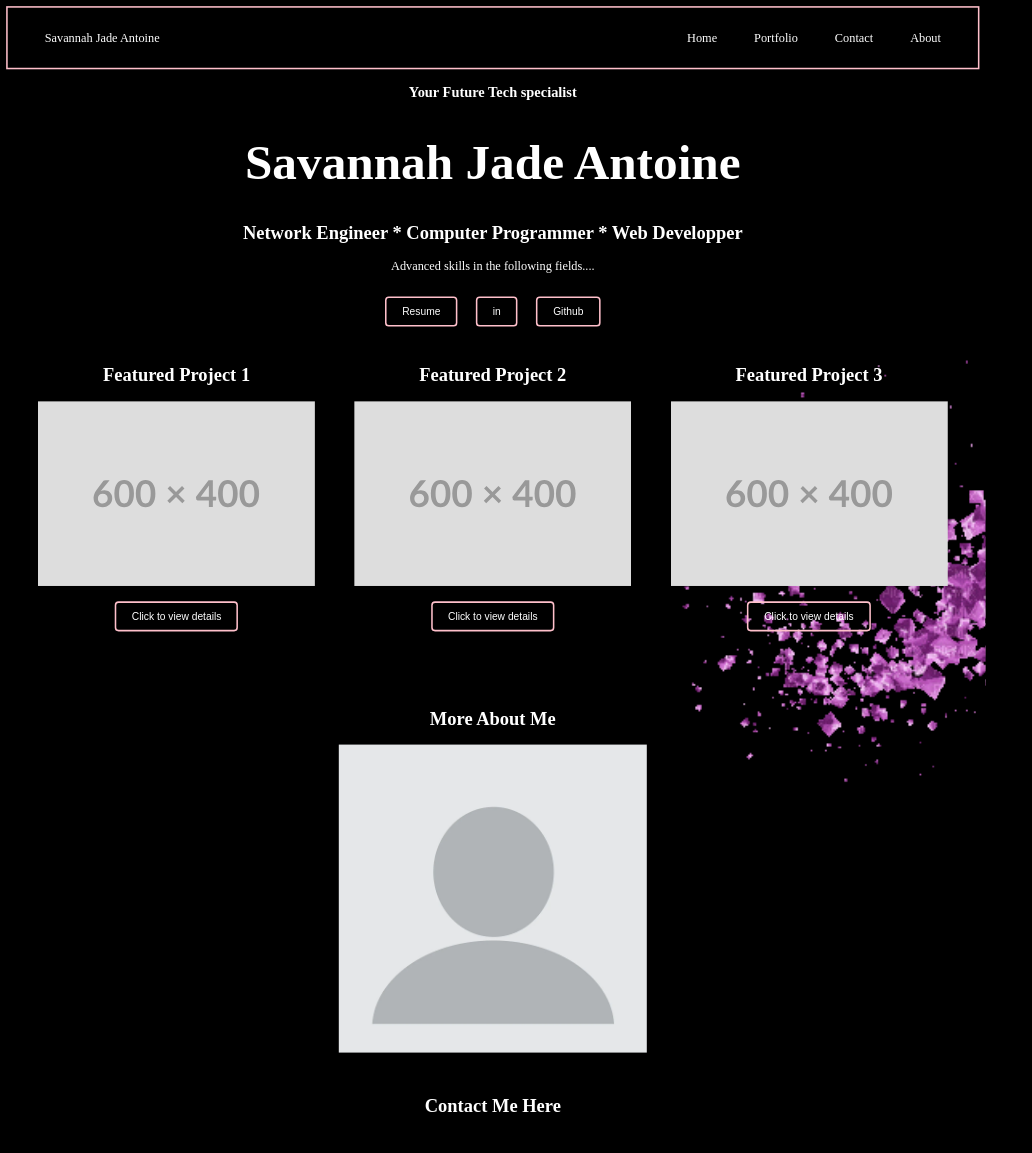
Repository: Savannah-Antoine/Savannah-Antoine
Page: index.html
The author's editor kept a copy of each file at every save. The page is drawn from the files as they stood at one save, then again after the next save.
The browser window is 1280 px wide. The page is 1280 px wide, then 1340 px, so the pictures cover 1340 px, including what lies to the right of the window. The pictures show the whole page, at 77% of full size.

Above is the page before, as saved 2026-05-15 12:58:22.

### index.html
<!DOCTYPE html>
<html lang="en">
<head>
    <meta charset="UTF-8">
    <meta name="viewport" content="width=device-width, initial-scale=1.0">
    <link rel = "stylesheet" href = "./styles/index.css" />
    <link rel = "stylesheet" href = "./styles/globals.css" />
    <title>Document</title>
</head>
<body>
<header>
    <nav>
        <ul class = "homeButton">
           <li><a href = "index.html">Savannah Jade Antoine</a></li>
        </ul>
        <ul class = "navigation">
  <li><a href="index.html">Home</a></li>
  <li><a href="#PortfolioSection">Portfolio</a></li>
  <li><a href="#ContactMe">Contact</a></li>
  <li><a href="#AboutMe">About</a></li>
</ul>

</nav>
<h3>Your Future Tech specialist</h3>
<h1> Savannah Jade Antoine</h1>
<h2>Network Engineer * Computer Programmer * Web Developper</h2>
<p> Advanced skills in the following fields....</p>
<div class = "infoButtons">
<a href = "Savannah Jade Resume (1).pdf"><button>Resume</button></a>
<a href = "www.linkedin.com/in/savannah-antoine-ab0756390"><button>in</button></a>
<button>Github</button>
</div>

</header>
<main class = "container">
<section id = "PortfolioSection" class = "project-card">

<h2>Featured Project 1</h2>
<img src = "./assets/images/placeholder1.svg" alt = "First Portfolio placeholder image" />
<p><a href = "./pages/project-name-1.html"><button>Click to view details</button></a>
</section>


<section class = "project-card">
<h2>Featured Project 2</h2>
<img src = "./assets/images/placeholder1.svg" alt = "Second Portfolio placeholder image" />
<p><a href = "./pages/project-name-2.html"><button>Click to view details</button></a>
</section>
<section class = "project-card">
<h2>Featured Project 3</h2>
<img src = "./assets/images/placeholder1.svg" alt = "Third Portfolio placeholder image" />
<p><a href = "./pages/project-name-3.html"><button>Click to view details</button></a>
</section>

<section id = "AboutMe" class = "aboutMe">
<h2>More About Me</h2>
<img src = "./assets/images/profilepic.png" alt = "profile picture" />
</section>

<section id = "ContactMe">
<h2>Contact Me Here</h2>

</section>



</main>

</body>
</html>

### styles/index.css
.container{
  display: flex;
    flex-direction: column;
    align-items: center;
    gap: 2rem;
    padding: 20px;

}




body h1{
    font-size: 2.5rem;

}

img{
   width: 100%;
    max-width: 400px;
    height: auto;
}

@media screen and (min-width: 768px)
{

   body h1 {
        font-size: 4rem;
    }
    .container {
        flex-direction: row;
        flex-wrap: wrap;
        justify-content: space-around;
        align-items: flex-start;
    }
    .project-card {
        width: 30%;
        min-width: 250px;
        text-align: center;
    }

    .aboutMe{
        width: 100%;
        text-align: center;
        margin-top: 2rem;

    }
}




@media screen and (min-width: 1000px)
{
    .container {
        max-width: 1200px;
        margin: 0 auto;
    }
}

### styles/globals.css
body {
    background-color: black;
  background-image: url(/assets/images/background-pic.gif);
  background-repeat: no-repeat;
  background-size: cover;
  color: white;
  font-size: 16px;
  text-align: center;
}



.homeButton{
  order: -1;
  list-style-type: none;
  margin: 0;
  padding: 0;
  display: flex;
  justify-content: left;

}


nav {
    display: flex;
    justify-content: space-between;
    align-items: center;
    padding: 1rem 2rem;

    border: 2px solid pink;
    cursor: pointer;


}



nav ul {
    display: flex;
    list-style: none;
    gap: 1rem;
    margin: 0;
    padding: 0;
}
button {
    padding: 10px 20px;
    background-color: transparent;
    color: white;
    border: 2px solid pink;
    cursor: pointer;
    transition: all 0.3s ease; /* This makes the transition smooth */
    border-radius: 5px;
    gap: 1rem;
}
button:hover {
    background-color: pink;
    color: rgb(31, 1, 31);
    transform: translateY(-3px);
    box-shadow: 0 5px 15px rgba(255, 255, 255, 0.3);
}

.infoButtons {
    display: flex;
    justify-content: center;
    gap: 1.5rem;
    margin-top: 20px;
    min-width: 100px;
    padding: 10px 15px;
}

li a {
  display: block;
  color: white;
  padding: 14px 16px;
  text-decoration: none;
}

ul li a:hover {
 background-color: pink;
  color: rgb(31, 1, 31);
  box-shadow: 0 5px 15px rgba(255, 255, 255, 0.3)
}

h1{

  font-size: 4rem;
}

After the next save:
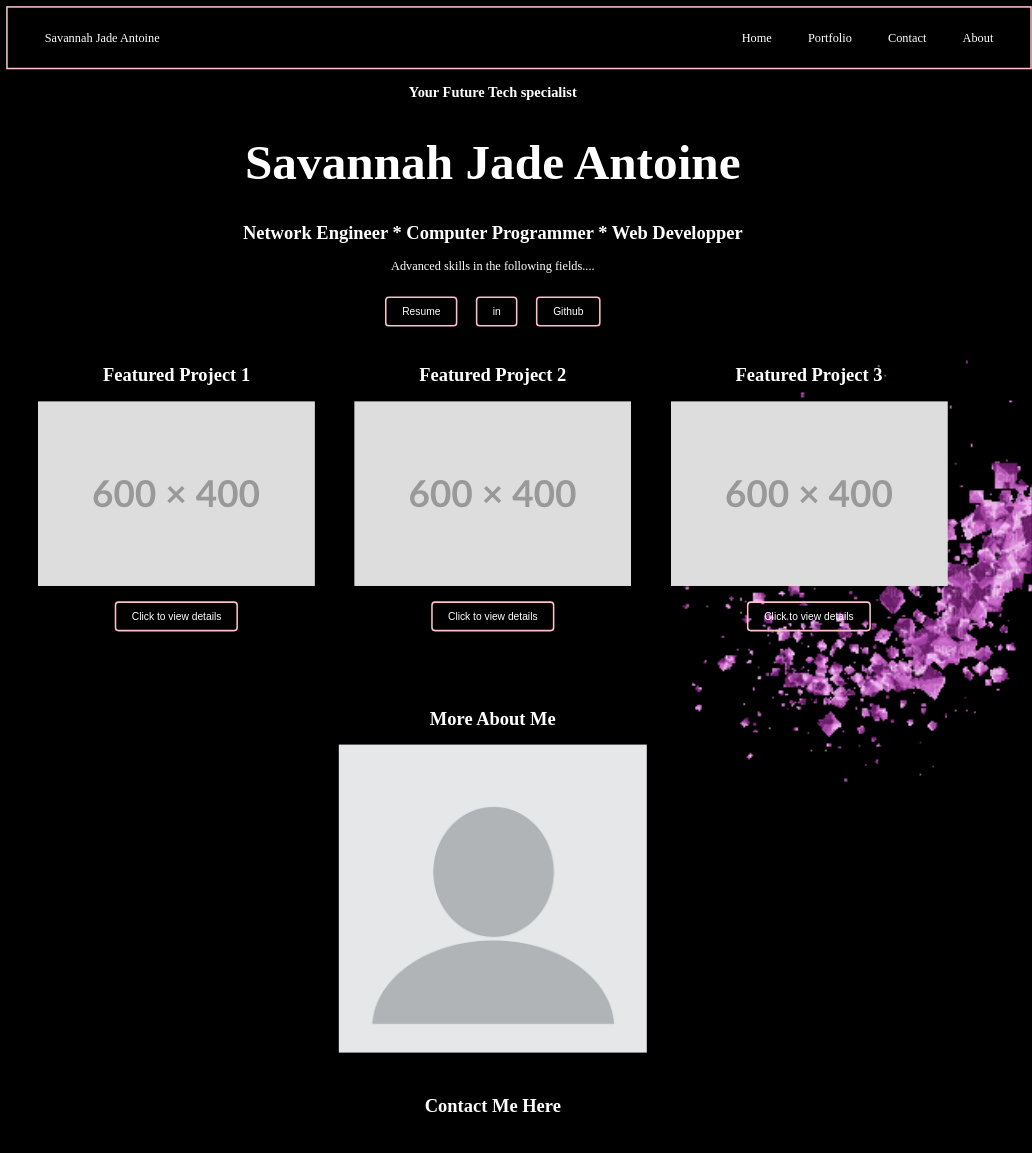
Saved 79 s later.
--- a/styles/index.css
+++ b/styles/index.css
@@ -7,7 +7,23 @@
 
 }
 
+   nav {
+    display: flex;/
+    align-items: center;
+    padding: 1rem;
+    background-color: black;
+    gap: 1rem;
+    width: 100%;
+}
 
+.navigation {
+    display: flex;
+    flex-wrap: wrap;
+    justify-content: center;
+    gap: 15px;
+    padding: 0;
+    list-style: none;
+}
 
 
 body h1{
